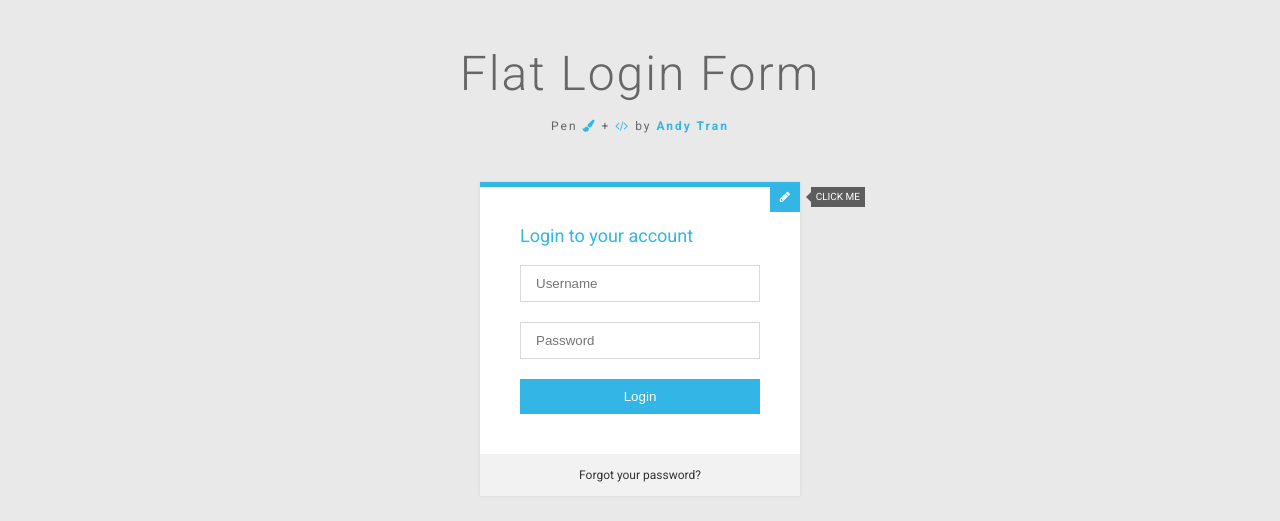
Repository: Txuso/MOPPA-Mobile-Parallel-Processing-Agents-
Page: MoppaWeb/login.html
The author's editor kept a copy of each file at every save. The page is drawn from the files as they stood at one save, then again after the next save.
The browser window is 1280 px wide. The pictures show the whole page.
Some web fonts or font styles are not loaded; a fallback is used. Some web libraries are served in a nearby version.

Above is the page before, as saved 2016-01-13 19:09:43.

After the next save:
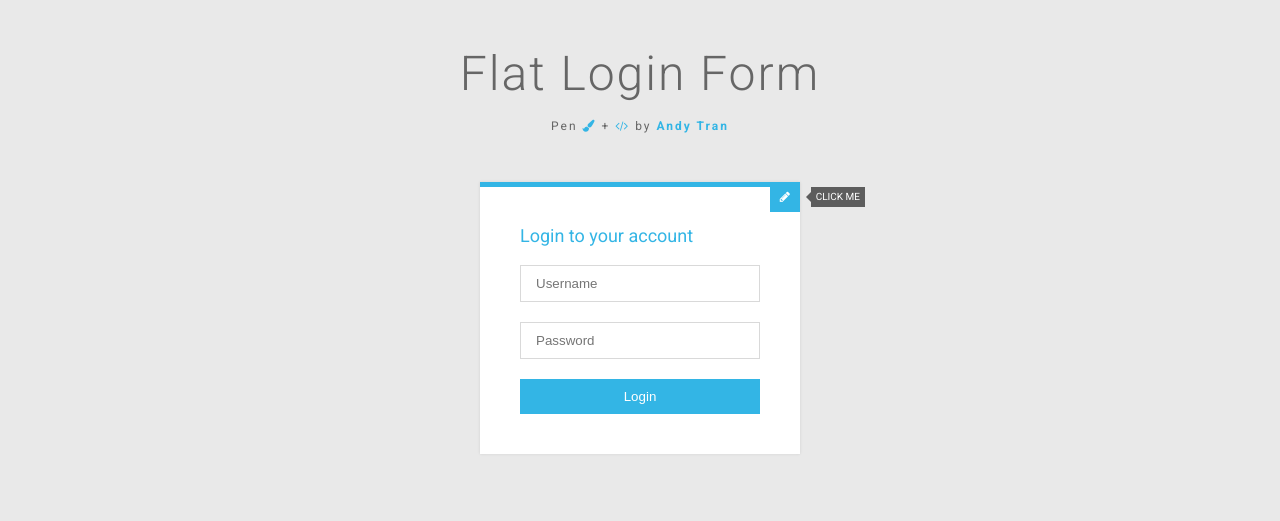
Saved 52 s later.
--- a/MoppaWeb/login.html
+++ b/MoppaWeb/login.html
@@ -50,7 +50,7 @@
       <button>Register</button>
     </form>
   </div>
-  <div class="cta"><a href="http://andytran.me">Forgot your password?</a></div>
+
 </div>
     <script src='http://cdnjs.cloudflare.com/ajax/libs/jquery/2.1.3/jquery.min.js'></script>
 <script src='http://codepen.io/andytran/pen/vLmRVp.js'></script>
